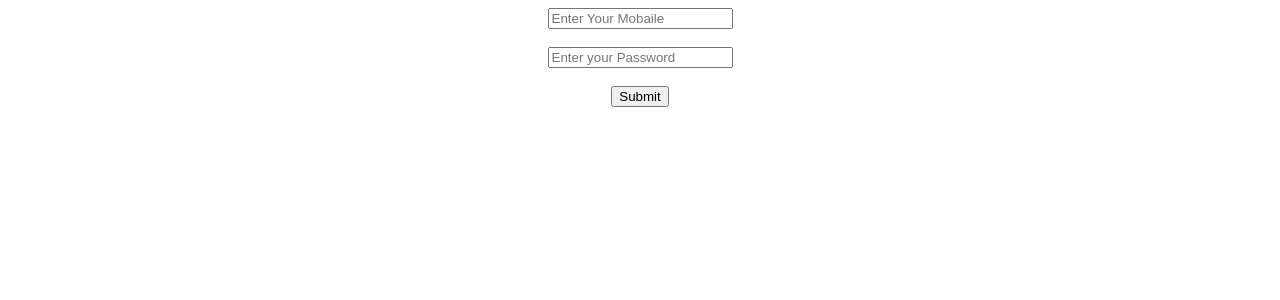
Repository: Boppesurya/advancedjav2
Page: http://localhost/Bank1/CheckBalance.jsp
The author's editor kept a copy of each file at every save. The page is drawn from the files as they stood at one save, then again after the next save.
The browser window is 1280 px wide. The pictures show the whole page.
The page is served by Tomcat 9. Queries for data that is not in the repository find no rows.

Above is the page before, as saved 2023-06-12 07:28:53.

After the next save:
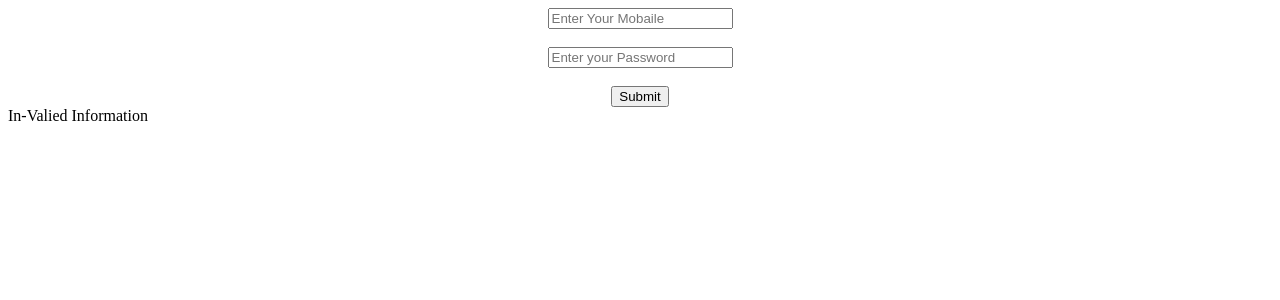
Saved 13 min 57 s later.
--- a/Bank1/WebContent/CheckBalance.jsp
+++ b/Bank1/WebContent/CheckBalance.jsp
@@ -1,3 +1,7 @@
+<%@page import="java.sql.ResultSet"%>
+<%@page import="java.sql.PreparedStatement"%>
+<%@page import="java.sql.Connection"%>
+<%@page import="java.sql.DriverManager"%>
 <%@ page language="java" contentType="text/html; charset=ISO-8859-1"
     pageEncoding="ISO-8859-1"%>
 <!DOCTYPE html>
@@ -17,5 +21,34 @@
 </form>
 </center>
 
+
+<%
+   String mb = request.getParameter("mb");
+   String pass = request.getParameter("pass");
+	String select ="select * from bank where mobailnumber=? and password=?";
+	String url ="jdbc:mysql://localhost:3306/teca41?user=root&password=12345";
+	try{
+ Connection con	= DriverManager.getConnection(url);
+  PreparedStatement ps = con.prepareStatement(select);
+  ps.setString(1, mb);
+  ps.setString(2, pass);
+  ResultSet rs = ps.executeQuery();
+  if(rs.next()){
+	  out.println("Id:"+rs.getInt(1));
+	  out.println("Id:"+rs.getString(2));
+	  out.println("Id:"+rs.getString(3));
+
+  }
+  else{
+	  out.println("In-Valied Information");
+  }
+	}
+	catch(Exception e){
+		e.printStackTrace();
+
+	}
+%>
+
+
 </body>
 </html>
